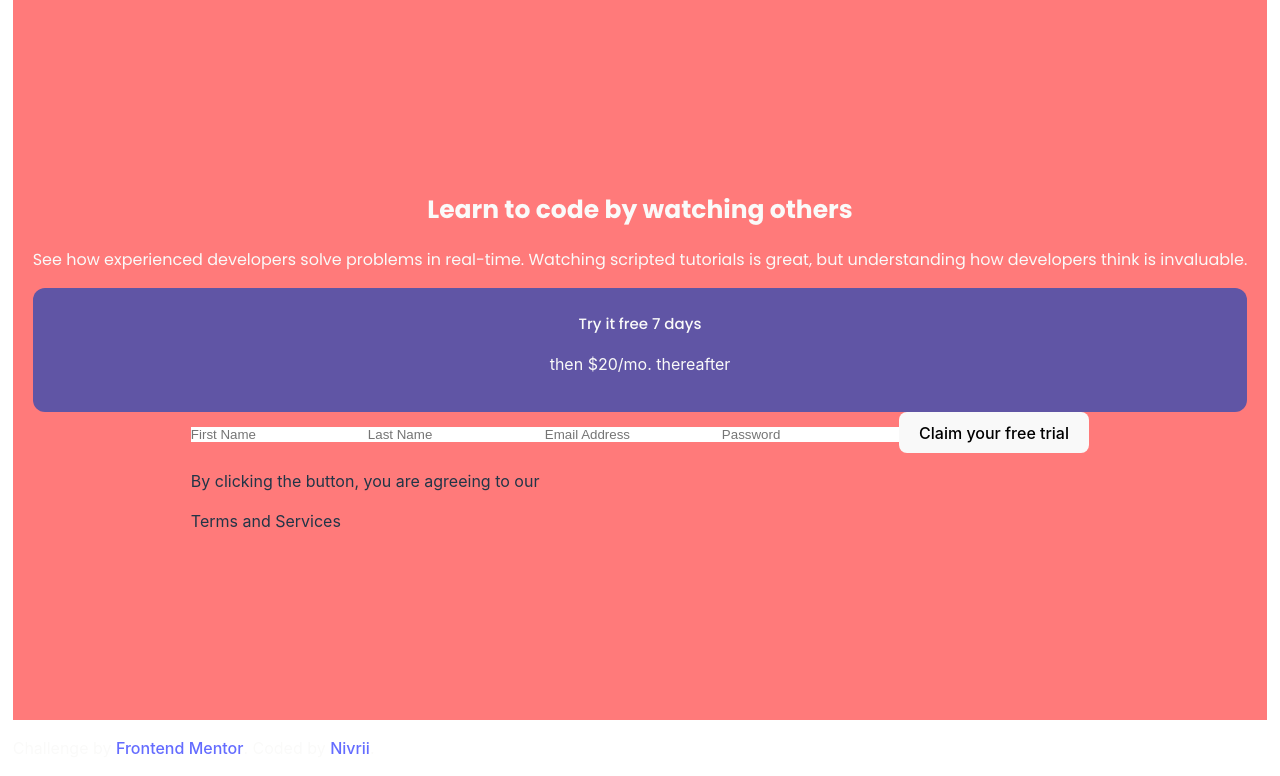
Repository: nivrii/intro-component-with-signup
Page: /
These files come from the project's save history. The page is drawn as it stood at one moment and after the next save; the edit follows.
The browser window is 1280 px wide. The pictures show the whole page.
The project was rebuilt for these pictures with package versions that can differ from the ones it lists, and the page was loaded fresh each time. Also part of the build but not shown: vite.config.js.

Above is the page before, as saved 2023-10-11 17:52:17.

After the next save:
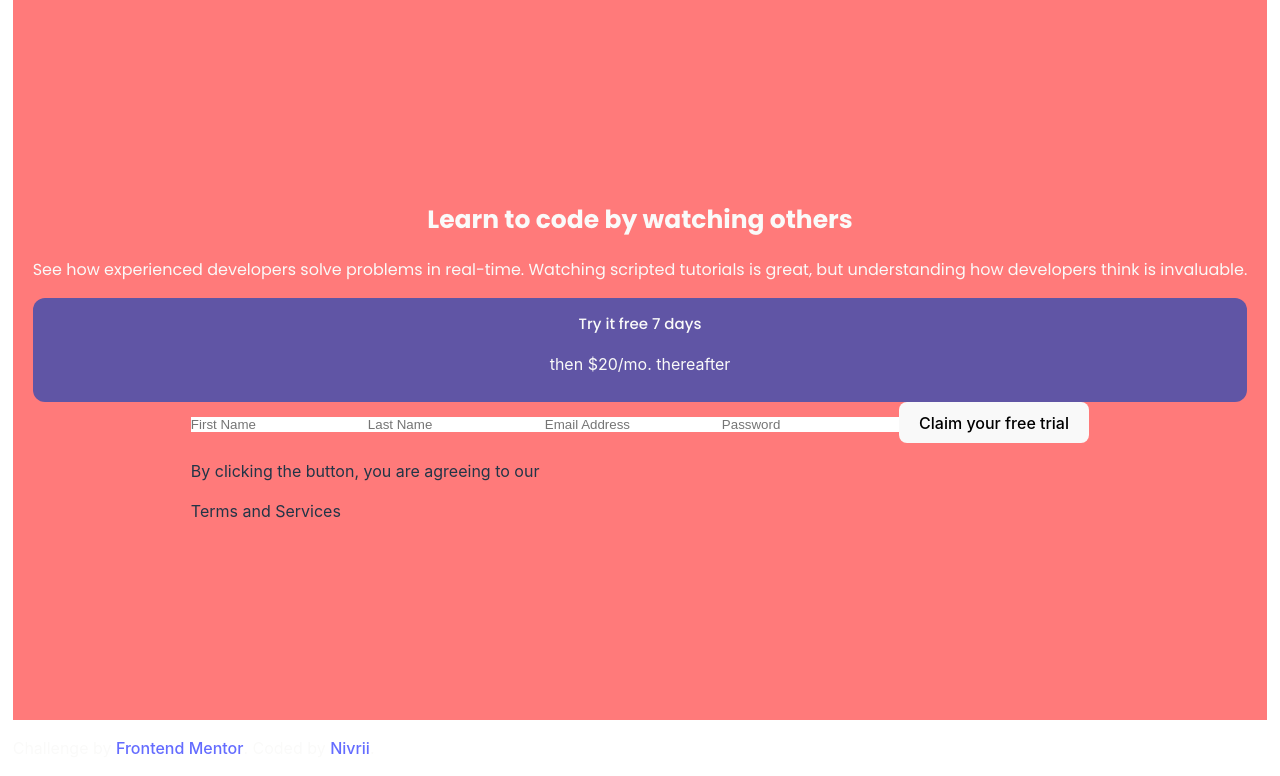
Saved 6 s later.
--- a/src/Card/Card.css
+++ b/src/Card/Card.css
@@ -4,7 +4,7 @@
     width: 100%;
     background-color: var(--blue);
     border-radius: 12px;
-    padding: 20px;
+    padding: 10px;
     & *{
         color: var(--white);
         text-align: center;
